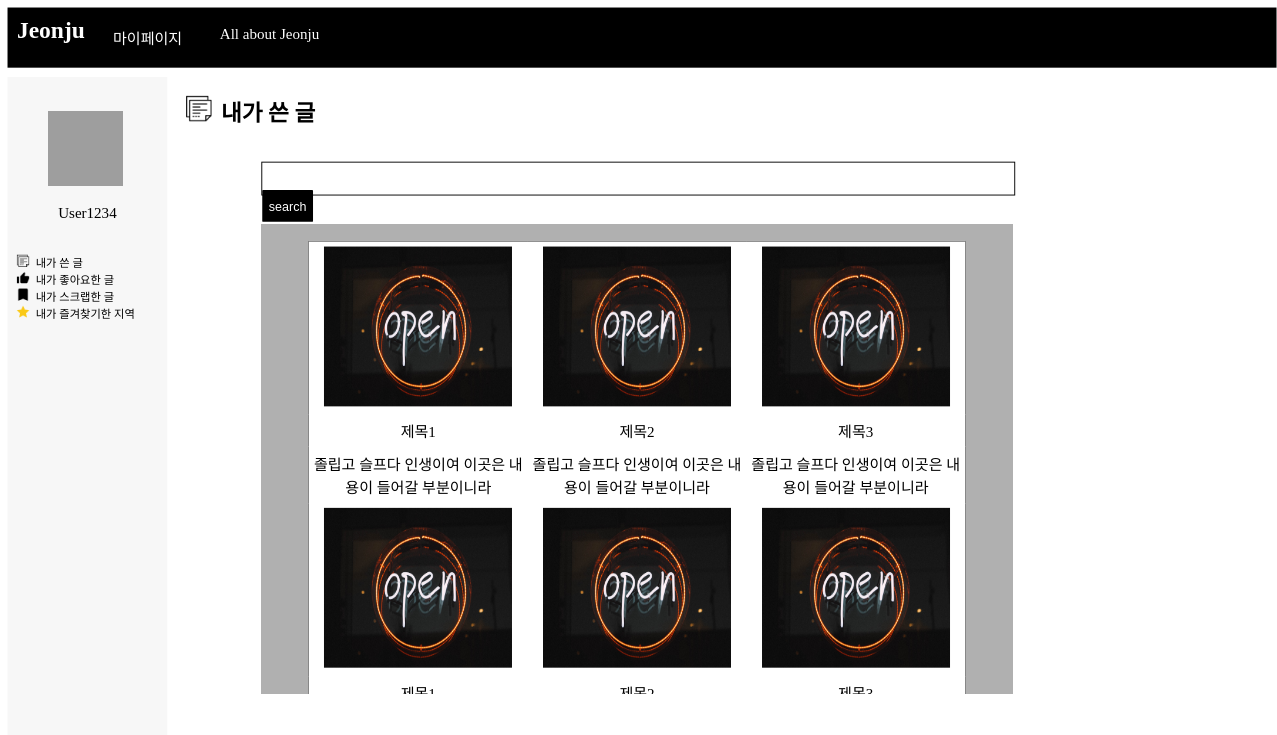
Repository: wka99/WEB-PROJECT
Page: http://localhost/Jeonju/UserPage.html
These files come from the project's save history. The page is drawn as it stood at one moment and after the next save; the edit follows.
The browser window is 1280 px wide. The page is 1358 px wide, so the pictures cover 1358 px, including what lies to the right of the window. The pictures show the whole page, at 94% of full size.
Pictures or frames that could not be fetched are drawn as grey boxes. An inner scrolling area shows only its first screen. Some web libraries are served in a nearby version. The page is served by Tomcat 9. Other server files are loaded and not shown.

Above is the page before, as saved 2018-12-03 08:20:49.

### Jeonju/WebContent/UserPage.html
<!DOCTYPE html>
<html>
<head>
<meta content="text/html" charset="EUC-KR">
<script src="https://code.jquery.com/jquery-3.2.1.min.js"></script>
<script>
$(document).ready(function(){
    $("#searchbutton").click(function(event){
    	var keyword=$(".searchtext").val();
    	alert(keyword);
    });
})
</script>
<title>전주 mypage</title>
<link rel="stylesheet" type="text/css" href="NewFile.css">
</head>
<body>
<div id="container">
	<ul class="menubar">
		<li class="h"><a class="title" href="##"><b>Jeonju</b></a></li>
		<li class="h"><a class="h" href="UserPage.html">마이페이지</a>
			<ul>
				<li><a href="UserPage.html"><img id="usermenuimg" src="paper.png"></img> 내가 쓴 글</a></li>
				<li><a href="UserPage2.html"><img id="usermenuimg" src="thumb-up-button.png"></img> 내가 좋아요한 글</a></li>
				<li><a href="UserPage3.html"><img id="usermenuimg" src="bookmark-ribbon.png"></img> 내가 스크랩한 글</a></li>
				<li><a href="UserPage4.html"><img id="usermenuimg" src="star.png"></img> 내가 즐겨찾기한 글</a></li>
			</ul>
		</li>
		<li class="h"><a class="h" href="##">All about Jeonju</a></li>
	</ul>
    <nav>
    	<br><br>
    	<img id="userImg" src="user.png" width="80px" height="80px"></img>
    	<br><p align="center">User1234</p><br></a>
	<div class="menu">
    	<img id="usermenuimg" src="paper.png"></img>
    	<a href="UserPage.html"><span>&nbsp;내가 쓴 글</span><br></a>
    	<img id="usermenuimg" src="thumb-up-button.png"></img>
    	<a href="UserPage2.html"><span>&nbsp;내가 좋아요한 글</span><br></a>
    	<img id="usermenuimg" src="bookmark-ribbon.png"></img>
    	<a href="UserPage3.html"><span>&nbsp;내가 스크랩한 글</span><br></a>
    	<img id="usermenuimg" src="star.png"></img>
    	<a href="UserPage4.html"><span>&nbsp;내가 즐겨찾기한 지역</span></a>
	</div>
    </nav>
    <section>
    	<div class="title">
    		<img class="bigMenu" id="내가 쓴 글" src="paper.png" width="27px" height="27px"></img>
    		<b><font size="5">&nbsp;내가 쓴 글</font></b>
    	</div>
    	<br><br>

    	<div class="searchwindow">
    		<input type="text" class="searchtext" value=""/>
    		<button id="searchbutton" type="button" class="search">search</button>
    	</div>

    	<br><br>
    	<div class="myPost">
    	<br>
    	<table id="user-table">
    		<tbody>
    		<tr>
				<td><img src="ds.jpg" width="200px" height="170px"></td>
				<td><img src="ds.jpg" width="200px" height="170px"></td>
				<td><img src="ds.jpg" width="200px" height="170px"></td>
    		</tr>
    		<tr>
    			<td height="10px">제목1</td>
				<td height="10px">제목2</td>
				<td height="10px">제목3</td>
    		</tr>
    		<tr>
    			<td height="50px">졸립고 슬프다 인생이여 이곳은 내용이 들어갈 부분이니라</td>
				<td height="50px">졸립고 슬프다 인생이여 이곳은 내용이 들어갈 부분이니라</td>
				<td height="50px">졸립고 슬프다 인생이여 이곳은 내용이 들어갈 부분이니라</td>
    		</tr>
    		<tr>
				<td><img src="ds.jpg" width="200px" height="170px"></td>
				<td><img src="ds.jpg" width="200px" height="170px"></td>
				<td><img src="ds.jpg" width="200px" height="170px"></td>
    		</tr>
    		<tr>
    			<td height="10px">제목1</td>
				<td height="10px">제목2</td>
				<td height="10px">제목3</td>
    		</tr>
    		<tr>
    			<td height="50px">졸립고 슬프다 인생이여 이곳은 내용이 들어갈 부분이니라</td>
				<td height="50px">졸립고 슬프다 인생이여 이곳은 내용이 들어갈 부분이니라</td>
				<td height="50px">졸립고 슬프다 인생이여 이곳은 내용이 들어갈 부분이니라</td>
    		</tr>
    		</tbody>
    	</table>
    	</div>
    </section>
</div>
</body>
</html>

### Jeonju/WebContent/NewFile.css
	#container{
		width:1350px;
		margin:0px auto;
	}
	header{
		    		width:100%;
                    height:50px;
                    background-color:black;
                    color:white;
                   }
    .menubar{
    	list-style-type:none;
    	margin:0;
    	padding:0;
    	overflow:hidden;
    	background-color:black;
    }
    li.h{
    	float:left;
    	solid #bbb;
    }
    li.h a.h{
    	display:block;
    	color:white;
    	text-align:center;
    	padding:20px;
    	text-decoration:none;
    }
    li.h a.title{
    	display:block;
    	color:white;
    	text-align:center;
    	padding:10px;
    	text-decoration:none;
    	font-size:25px;
    }
    .menubar li ul{
    	opacity:0.8;
		background: rgb(109,109,109);
		display:none; /* 평상시에는 드랍메뉴가 안보이게 하기 */
		height:auto;
		padding:0px;
		margin:0px;
		border:0px;
		position:absolute;
		width:200px;
		z-index:200;
	}
	.menubar li:hover ul{
		display:block; /* 마우스 커서 올리면 드랍메뉴 보이게 하기 */
	}
	.menubar li li {
	background: rgb(109,109,109);
	display:block;
	float:none;
	margin:0px;
	padding:0px;
	width:200px;
	}
	.menubar li:hover li a{
	background:none;
	}
	.menubar li ul a{
	display:block;
    color:white;
    text-align:left;
    text-decoration:none;
    padding:15px;
	}
	.menubar li ul a:hover, .menubar li ul li:hover a{
	background: rgb(71,71,71);
	border:0px;
	color:#ffffff;
	text-decoration:none;
	}
    li.h a.h:hover{background-color:#dfdfdf;}

    .searchwindow {
	display: inline-block;
	width: 800px; height: 34px;
	border: 1px solid black;
	background: white;
	align:center;
	margin-left:100px;
	}
	.searchtext {
		width: 731px; height: 21px;
		margin: 6px 0 0 9px;
		border: 0;
		line-height: 21px;
		font-size: 16px;
		outline: none;
	}
	.search {
		width: 54px; height: 34px;
		margin: 0; border: 0;
		vertical-align: top;
		background: black;
		color: white;
		border-radius: 1px;
		cursor: pointer;
	}
	.search:hover {
		background: #faa93e;
	}

    nav{
            float:left;
            margin-top:10px;
            background-color:#f7f7f7;
            width:170px;
            height:700px;}
    section{
    		float:left;
    	}
    #userImg{margin-left:43px;}
    #usermenuimg{margin-left:10px;width:13px;height:13px;}
	.menu{margin-bottom:5px;}
    nav span{font-size:12px;}
    .menu a{color:black;text-decoration:none;}
    header a{color:white;text-decoration:none;}
    .bigMenu{margin-left:20px; margin-top:30px;}
    .myPost{width:800px; height:500px; margin-left:100px; overflow:auto; background-color:#b0b0b0;}
    #user-table{margin:0 auto;text-align:center;border-collapse:collapse;width:700px;
                border:1px solid gray; background-color:white;}
    #user-table td{padding:5px;}

After the next save:
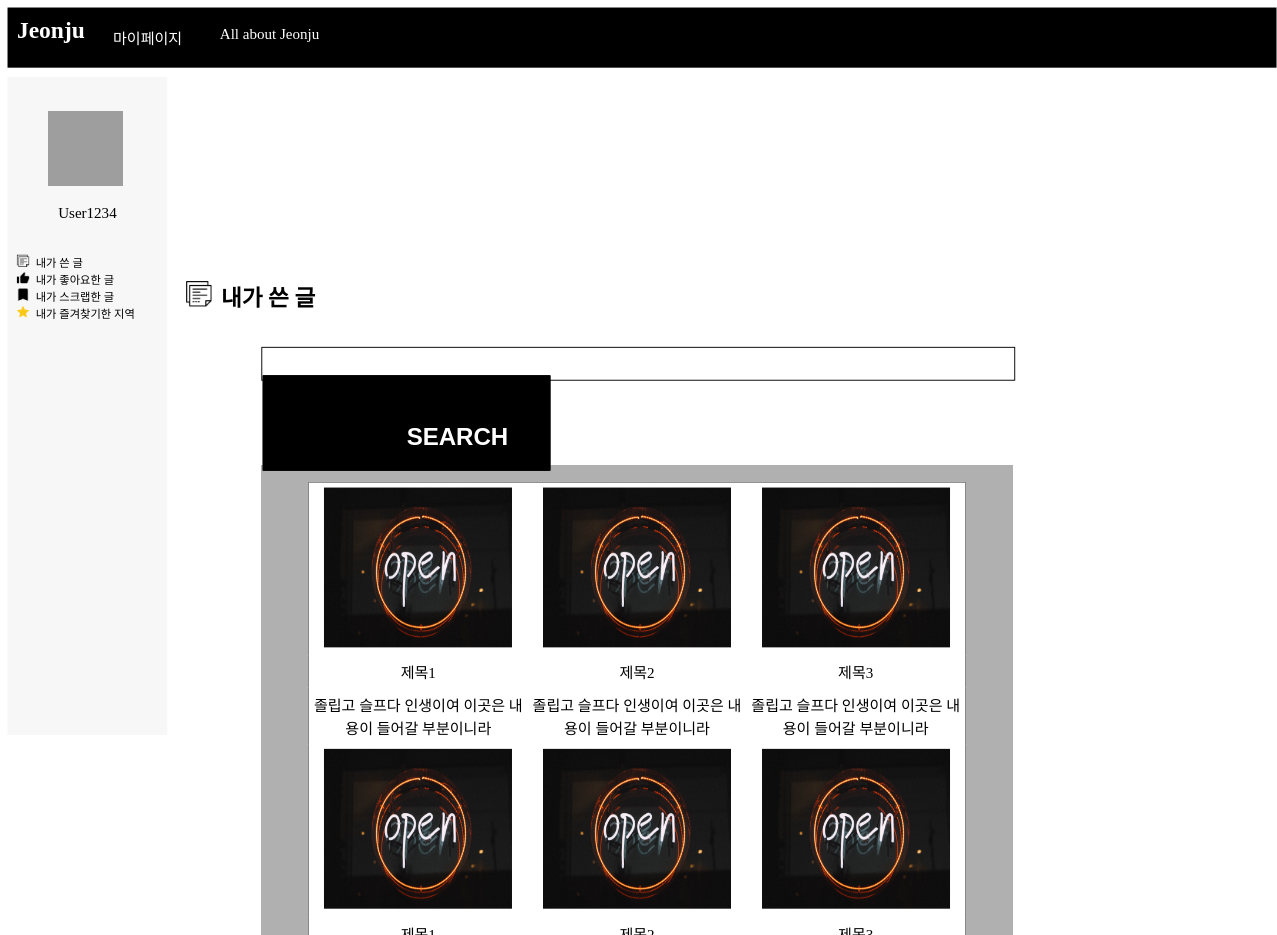
Saved 49 min 45 s later.
--- a/Jeonju/WebContent/UserPage.html
+++ b/Jeonju/WebContent/UserPage.html
@@ -44,6 +44,9 @@ $(document).ready(function(){
 	</div>
     </nav>
     <section>
+    	<div>
+    		<button class="btn-2">새로운 글쓰기</button>
+    	</div>
     	<div class="title">
     		<img class="bigMenu" id="내가 쓴 글" src="paper.png" width="27px" height="27px"></img>
     		<b><font size="5">&nbsp;내가 쓴 글</font></b>
--- a/Jeonju/WebContent/NewFile.css
+++ b/Jeonju/WebContent/NewFile.css
@@ -103,6 +103,51 @@
 	.search:hover {
 		background: #faa93e;
 	}
+	button,
+button::after {
+  -webkit-transition: all 0.3s;
+    -moz-transition: all 0.3s;
+  -o-transition: all 0.3s;
+    transition: all 0.3s;
+}
+
+button {
+  background: none;
+  border: 3px solid #fff;
+  border-radius: 5px;
+  color: #fff;
+  display: block;
+  font-size: 1.6em;
+  font-weight: bold;
+  margin: 1em auto;
+  padding: 2em 6em;
+  position: relative;
+  text-transform: uppercase;
+}
+
+	button::before,
+	button::after {
+	  background: #fff;
+	  content: '';
+	  position: absolute;
+	  z-index: -1;
+	}
+
+	button:hover {
+	  color: #2ecc71;
+	}
+
+	.btn-2::after {
+	  height: 100%;
+	  left: 0;
+	  top: 0;
+	  width: 0;
+	}
+
+	.btn-2:hover:after {
+	  width: 100%;
+	}
+
 
     nav{
             float:left;
